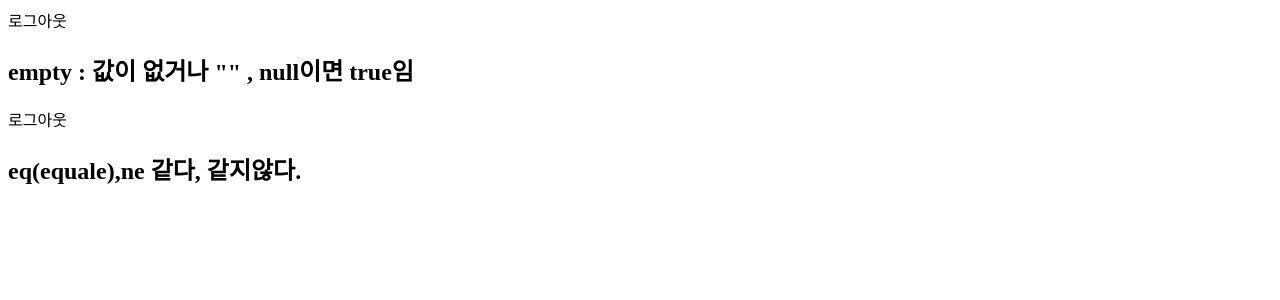
Repository: LeeJungHoon1/javaWeb
Page: http://localhost/ELprj0908/jstl4
These files come from the project's save history. The page is drawn as it stood at one moment and after the next save; the edit follows.
The browser window is 1280 px wide. The pictures show the whole page.
The page is served by Tomcat 9. Other server files are loaded and not shown.

Above is the page before, as saved 2023-09-08 03:10:29.

### ELprj0908/src/main/webapp/WEB-INF/views/jstl4.jsp
<%@ page language="java" contentType="text/html; charset=UTF-8"
    pageEncoding="UTF-8"%>

    <%@ taglib uri="http://java.sun.com/jsp/jstl/core" prefix="c" %>
<!DOCTYPE html>
<html>
<head>
<meta charset="UTF-8">
<title>Insert title here</title>
</head>
<body>

<%
String id = (String)session.getAttribute("id");
if(id!=null){
%>
로그아웃
<%} else{%>
로그인
<%} %>

<h2>empty : 값이 없거나 "" , null이면 true임</h2>
<c:if test="${empty id}">로그인</c:if>
<c:if test="${not empty id}">로그아웃</c:if>


<h2>eq(equale),ne  같다, 같지않다.</h2>



</body>
</html>

### ELprj0908/src/main/java/elprj/Jstl4.java
package elprj;

import java.io.IOException;

import javax.servlet.ServletException;
import javax.servlet.annotation.WebServlet;
import javax.servlet.http.HttpServlet;
import javax.servlet.http.HttpServletRequest;
import javax.servlet.http.HttpServletResponse;
import javax.servlet.http.HttpSession;

@WebServlet("/jstl4")
public class Jstl4 extends HttpServlet{

	@Override
	protected void doGet(HttpServletRequest req, HttpServletResponse resp) throws ServletException, IOException {

		HttpSession session = req.getSession();

		session.setAttribute("id","acorn01");

		req.getRequestDispatcher("WEB-INF/views/jstl4.jsp").forward(req,resp);

	}
}

After the next save:
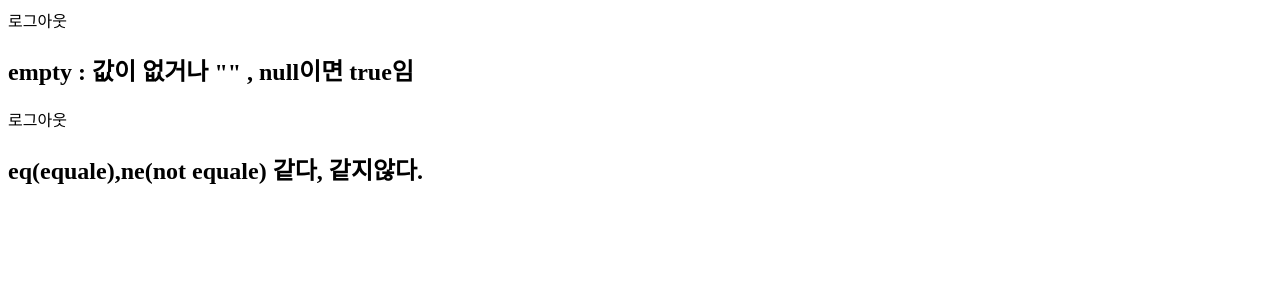
Saved 8 s later.
--- a/ELprj0908/src/main/webapp/WEB-INF/views/jstl4.jsp
+++ b/ELprj0908/src/main/webapp/WEB-INF/views/jstl4.jsp
@@ -24,7 +24,7 @@ if(id!=null){
 <c:if test="${not empty id}">로그아웃</c:if>
 
 
-<h2>eq(equale),ne  같다, 같지않다.</h2>
+<h2>eq(equale),ne(not equale)  같다, 같지않다.</h2>
 
 
 
